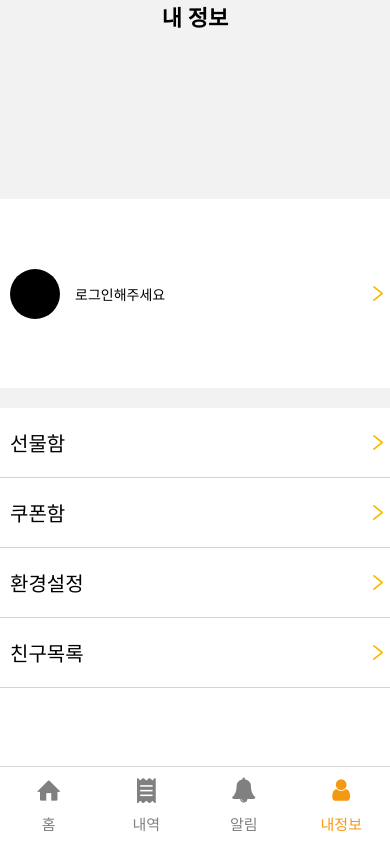
Repository: Unique0902/GachiDutch
Screen: /User
The author's editor kept a copy of each file at every save. The screen is drawn from the files as they stood at one save, then again after the next save.
The app was drawn by React Native's web renderer in a window 390 px wide. The project was rebuilt for these pictures with package versions that can differ from the ones it lists, and the page was loaded fresh each time. Some packages were replaced by stand-ins written for this rebuild. Also part of the build but not shown: sources/components/lowBar/lowBar.jsx, sources/components/taxi/taxi.jsx, sources/components/alarm/alert.js, sources/components/alarm/alarm.jsx, sources/components/dutch_history/dutch_history.jsx, sources/components/dutchpay_historys/dutchpay_historys.jsx, sources/components/delivery_historys/delivery_historys.jsx, sources/components/taxi_historys/taxi_historys.jsx and 3 more.

Above is the screen before, as saved 2022-11-11 17:04:21.

### App.js
import React from 'react';
import { StyleSheet, Text, View, Image } from 'react-native';
import Home from './sources/components/home/home';
import { NavigationContainer } from '@react-navigation/native';
import { createNativeStackNavigator } from '@react-navigation/native-stack';
import Taxi from './sources/components/taxi/taxi';
import Main from './sources/routes/main/main';
import Login from './sources/routes/login/login';
import HttpClient from './sources/network/http.js';
import ReceiptService from './sources/services/receipt.js';
import Ready from './sources/components/ready/ready';

const Stack = createNativeStackNavigator();
const baseURL = 'https://dutch-server.herokuapp.com';
const httpClient = new HttpClient(baseURL);
const receiptService = new ReceiptService(baseURL);

export default function App() {
  return (
    <>
      <NavigationContainer>
        <Stack.Navigator screenOptions={{ headerShown: false }}>
          <Stack.Screen
            name='Main'
            children={({ navigation, route }) => (
              <Main
                receiptService={receiptService}
                navigation={navigation}
                route={route}
              />
            )}
          />
          <Stack.Screen name='Taxi' component={Taxi} />
          <Stack.Screen name='Login' component={Login} />
          <Stack.Screen name='Ready' component={Ready} />
        </Stack.Navigator>
      </NavigationContainer>
    </>
  );
}

const styles = StyleSheet.create({
  header: {
    flexDirection: 'row',
    alignItems: 'center',
    justifyContent: 'space-between',
    margin: 25,
  },
  main: {},
  container: {
    flex: 1,
    backgroundColor: '#fff',
    alignItems: 'center',
    justifyContent: 'center',
  },
  logo: {
    width: 150,
    height: 30,
  },
});

### sources/components/home/home.jsx
import React, { useRef, useState, useEffect } from 'react';
import {
  StyleSheet,
  Text,
  View,
  Image,
  Button,
  Pressable,
  ScrollView,
  Dimensions,
} from 'react-native';
import { Entypo } from '@expo/vector-icons';
import { FontAwesome } from '@expo/vector-icons';
import { FontAwesome5 } from '@expo/vector-icons';
import LowBar from '../lowBar/lowBar';
import { isLogin, getUid } from '../../services/asyncstorage';
import { StatusBar } from 'react-native';

const Home = ({ login, setLogin, navigation, setUserData, userData }) => {
  const [scrollNum, setScrollNum] = useState(1);
  const windowWidth = Dimensions.get('window').width;
  const statusBarHeight = StatusBar.currentHeight;
  const headerStyle = {
    marginTop: statusBarHeight,
  };
  let advertisementWidth = windowWidth - 40;
  const scrollWidth = parseInt(advertisementWidth);
  let scrollLeft = 0;

  const advertisementStyle = () => {
    return {
      width: advertisementWidth,
    };
  };
  const pageCircleStyle = (num) => {
    if (scrollNum === num) {
      return {
        color: '#FB9700',
      };
    } else {
      return {
        color: '#FFFDD1',
      };
    }
  };
  const scrollRef = useRef();
  return (
    <View style={[styles.home, headerStyle]}>
      <View style={styles.top}>
        <View style={styles.header}>
          <Image
            source={require('../../images/dutch_logo.png')}
            style={styles.logo}
          />
          <Pressable
            onPress={() => {
              navigation.navigate('Ready');
            }}
          >
            <Entypo name='menu' size={35} color='black' />
          </Pressable>
        </View>
        <View style={styles.mainTop}>
          {login ? (
            <View style={styles.onLogin}>
              <Text style={styles.onLoginText}>
                {userData && userData.name}님 반가워요!
              </Text>
            </View>
          ) : (
            <View style={styles.login}>
              <View style={styles.loginTop}>
                <Pressable
                  style={styles.loginBtn}
                  onPress={() =>
                    navigation.navigate('Login', { setLogin, setUserData })
                  }
                >
                  <Text style={[styles.loginText, styles.loginBtnText]}>
                    로그인
                  </Text>
                </Pressable>
                <Text style={styles.loginText}>하시고</Text>
              </View>
              <Text style={styles.loginText}>다양한 혜택을 만나 보세요!</Text>
            </View>
          )}
          <View style={styles.advertisementBox}>
            <ScrollView
              horizontal
              pagingEnabled
              contentContainerStyle={styles.advertisementScroll}
              ref={scrollRef}
              onScroll={(e) => {
                scrollLeft = parseInt(e.nativeEvent.contentOffset.x);
                if (scrollLeft % scrollWidth < 10) {
                  setScrollNum(parseInt(scrollLeft / scrollWidth + 1));
                }
              }}
              scrollEventThrottle={100}
              showsHorizontalScrollIndicator={false}
            >
              <Pressable
                style={[styles.advertisement, advertisementStyle()]}
                onPress={() => {
                  navigation.navigate('Ready');
                }}
              >
                <Image
                  source={require('../../images/advertisement_img.png')}
                  style={styles.advertisementImg}
                />
                <Text style={styles.advertisementText}>
                  같이 더치로{'\n'}편리하게 이용하세요
                </Text>
              </Pressable>
              <Pressable
                style={[styles.advertisement, advertisementStyle()]}
                onPress={() => {
                  navigation.navigate('Ready');
                }}
              >
                <Image
                  source={require('../../images/advertisement_img.png')}
                  style={styles.advertisementImg}
                />
                <Text style={styles.advertisementText}>
                  같이 더치로{'\n'}편리하게 이용하세요
                </Text>
              </Pressable>
              <Pressable
                style={[styles.advertisement, advertisementStyle()]}
                onPress={() => {
                  navigation.navigate('Ready');
                }}
              >
                <Image
                  source={require('../../images/advertisement_img.png')}
                  style={styles.advertisementImg}
                />
                <Text style={styles.advertisementText}>
                  같이 더치로{'\n'}편리하게 이용하세요
                </Text>
              </Pressable>
              <Pressable
                style={[styles.advertisement, advertisementStyle()]}
                onPress={() => {
                  navigation.navigate('Ready');
                }}
              >
                <Image
                  source={require('../../images/advertisement_img.png')}
                  style={styles.advertisementImg}
                />
                <Text style={styles.advertisementText}>
                  같이 더치로{'\n'}편리하게 이용하세요
                </Text>
              </Pressable>
            </ScrollView>
            <View style={styles.pageCircles}>
              <FontAwesome
                style={[styles.pageCircle, pageCircleStyle(1)]}
                name='circle'
                size={10}
                color='white'
              />
              <FontAwesome
                style={[styles.pageCircle, pageCircleStyle(2)]}
                name='circle'
                size={10}
                color='white'
              />
              <FontAwesome
                style={[styles.pageCircle, pageCircleStyle(3)]}
                name='circle'
                size={10}
                color='white'
              />
              <FontAwesome
                style={[styles.pageCircle, pageCircleStyle(4)]}
                name='circle'
                size={10}
                color='white'
              />
            </View>
          </View>
        </View>
      </View>
      <Pressable
        style={styles.event}
        onPress={() => {
          navigation.navigate('Ready');
        }}
      >
        <View>
          <Text style={[styles.eventText, { fontSize: 20 }]}>
            이벤트 {'   '}|
          </Text>
        </View>
        <Text style={[styles.eventText, { fontSize: 15, marginLeft: 20 }]}>
          같이더치 월 결제로 10% 할인받자!
        </Text>
        <Text style={[styles.eventText, { fontSize: 20, marginLeft: 20 }]}>
          {'>'}
        </Text>
      </Pressable>

      <View style={styles.mainBottom}>
        <View style={styles.categories}>
          <View style={styles.topBtns}>
            <View style={styles.btnShadow}>
              <Pressable
                style={styles.goodsBtn}
                onPress={() => {
                  if (login) {
                    navigation.navigate('Taxi', { userData });
                  } else {
                    navigation.navigate('Login', { setLogin, setUserData });
                  }
                }}
              >
                <Image
                  source={require('../../images/taxi_img.png')}
                  style={styles.taxiImg}
                />
                <Text style={[styles.goodText, { marginTop: 20 }]}>택시</Text>
              </Pressable>
            </View>
            <View style={styles.btnShadow}>
              <Pressable
                style={styles.goodsBtn}
                onPress={() => {
                  navigation.navigate('Ready');
                }}
              >
                <Image
                  source={require('../../images/delivery_img.png')}
                  style={styles.taxiImg}
                />
                <Text style={[styles.goodText, { marginTop: 20 }]}>배달</Text>
              </Pressable>
            </View>
          </View>
          <View style={styles.downBtns}>
            <View style={styles.btnShadow}>
              <Pressable
                style={styles.downGoodsBtn}
                onPress={() => {
                  navigation.navigate('Ready');
                }}
              >
                <Image
                  source={require('../../images/taxi_human_img.png')}
                  style={styles.peopleImg}
                />
                <Text
                  style={[styles.goodText, { marginRight: 20, marginLeft: 20 }]}
                >
                  지인끼리
                </Text>
                <Image
                  source={require('../../images/location_img.png')}
                  style={styles.peopleImg}
                />
              </Pressable>
            </View>
          </View>
        </View>
      </View>
    </View>
  );
};

export default Home;

const styles = StyleSheet.create({
  home: {
    flex: 1,
    flexDirection: 'column',
  },
  loginText: {
    paddingVertical: 5,
  },
  header: {
    flexDirection: 'row',
    alignItems: 'center',
    justifyContent: 'space-between',
    margin: 0,
    flex: 1,
  },
  mainTop: {
    flex: 6,
  },
  top: {
    flex: 6,
    padding: 20,
  },
  loginBtn: {},
  login: {
    flex: 2,
    marginTop: 15,
  },
  onLogin: {
    flex: 2,
    marginTop: 15,
  },
  onLoginText: {
    marginTop: 10,
    fontSize: 25,
    fontWeight: '600',
    color: '#444444',
  },
  loginTop: {
    flexDirection: 'row',
    alignItems: 'center',
  },
  loginText: {
    fontSize: 18,
    color: '#444444',
  },
  loginBtnText: {
    color: '#F39910',
    textDecorationLine: 'underline',
    textDecorationStyle: 'solid',
    textDecorationColor: '#000',
  },
  mainBottom: {
    flex: 6,
    padding: 15,
  },
  advertisementScroll: {
    borderRadius: 15,
    position: 'relative',
  },
  advertisementBox: {
    flex: 4,
  },
  advertisement: {
    backgroundColor: '#FBBA00',
    borderRadius: 15,
    position: 'relative',
  },
  advertisementText: {
    color: 'white',
    fontSize: 20,
    fontWeight: '800',
    marginLeft: 30,
    marginTop: 25,
  },
  advertisementImg: {
    width: '100%',
    height: '87%',
    position: 'absolute',
    borderRadius: 20,
    bottom: 0,
  },
  pageCircles: {
    flexDirection: 'row',
    position: 'absolute',
    alignItems: 'center',
    bottom: 4,
    left: 140,
  },
  pageCircle: {
    marginLeft: 3,
    marginRight: 3,
  },
  event: {
    flex: 1,
    backgroundColor: '#3C4451',
    flexDirection: 'row',
    justifyContent: 'center',
    alignItems: 'center',
  },
  categories: {
    flex: 1,
  },
  topBtns: {
    flexDirection: 'row',
    flex: 3,
  },
  downBtns: {
    flex: 2,
  },
  goodsBtn: {
    borderRadius: 20,
    backgroundColor: 'white',
    width: '100%',
    height: '100%',
    alignItems: 'center',
    justifyContent: 'center',
  },
  downGoodsBtn: {
    borderRadius: 20,
    backgroundColor: 'white',
    width: '100%',
    height: '100%',
    flexDirection: 'row',
    justifyContent: 'center',
    alignItems: 'center',
  },
  goodText: {
    fontSize: 20,
    fontWeight: '600',
  },
  btnShadow: {
    flex: 1,
    shadowOffset: {
      width: 0,
      height: 1,
    },
    shadowOpacity: 0.18,
    borderRadius: 20,
    shadowRadius: 1.0,
    elevation: 1,
    margin: 5,
  },
  eventText: {
    color: 'white',
  },
  taxiImg: {
    width: 90,
    height: 90,
  },
  peopleImg: {
    width: 60,
    height: 67,
  },
  logo: {
    width: 150,
    height: 30,
  },
});

### sources/routes/main/main.jsx
import React, { useEffect, useRef, useState } from 'react';
import { View, Button, Text } from 'react-native';
import Home from '../../components/home/home';
import LowBar from '../../components/lowBar/lowBar';
import User from '../../components/user/user';
import Alarm from '../../components/alarm/alarm';
import Receipt from '../../components/receipt/receipt';
import { createBottomTabNavigator } from '@react-navigation/bottom-tabs';
import { Entypo } from '@expo/vector-icons';
import { FontAwesome } from '@expo/vector-icons';
import { FontAwesome5 } from '@expo/vector-icons';
import { isLogin, matchUserData } from '../../services/asyncstorage';

const Tab = createBottomTabNavigator();

const Main = ({ receiptService, navigation, route }) => {
  const [login, setLogin] = useState(false);
  const [userData, setUserData] = useState(null);
  useEffect(() => {
    isLogin().then((result) => {
      if (result) {
        setLogin(true);
        console.log('로그인 되어있음!');
        matchUserData(setUserData);
      } else {
        setLogin(false);
        console.log('로그인 안되어있음!');
      }
    });
  }, [login]);
  return (
    <>
      <View style={{ flex: 14 }}>
        <Tab.Navigator
          screenOptions={({ route }) => ({
            tabBarIcon: ({ color, size }) => {
              if (route.name === 'Home') {
                return <Entypo name='home' size={size} color={color} />;
              } else if (route.name === 'Receipt') {
                return (
                  <FontAwesome5 name='receipt' size={size} color={color} />
                );
              } else if (route.name === 'Alarm') {
                return <FontAwesome name='bell' size={size} color={color} />;
              } else if (route.name === 'User') {
                return <FontAwesome name='user' size={size} color={color} />;
              }
            },
            tabBarStyle: { flex: 0.1 },
            tabBarLabelStyle: {
              fontSize: 15,
              marginBottom: 10,
              fontWeight: '500',
            },
            tabBarActiveTintColor: '#F49A11',
            tabBarInactiveTintColor: 'gray',
            headerShown: false,
          })}
        >
          <Tab.Screen
            name='Home'
            options={({ route, navigation }) => {
              return { tabBarLabel: '홈' };
            }}
            children={({ navigation }) => (
              <Home
                login={login}
                setLogin={setLogin}
                navigation={navigation}
                setUserData={setUserData}
                userData={userData}
              />
            )}
          />
          <Tab.Screen
            name='Receipt'
            options={({ route, navigation }) => {
              return { tabBarLabel: '내역' };
            }}
            children={({ navigation, route }) => (
              <Receipt
                login={login}
                navigation={navigation}
                receiptService={receiptService}
                userData={userData}
                route={route}
              />
            )}
          />
          <Tab.Screen
            options={({ route, navigation }) => {
              return { tabBarLabel: '알림' };
            }}
            name='Alarm'
            children={({ navigation }) => (
              <Alarm login={login} navigation={navigation} />
            )}
          />
          <Tab.Screen
            options={({ route, navigation }) => {
              return { tabBarLabel: '내정보' };
            }}
            name='User'
            children={({ navigation }) => (
              <User
                login={login}
                setLogin={setLogin}
                navigation={navigation}
                setUserData={setUserData}
                userData={userData}
              />
            )}
          />
        </Tab.Navigator>
      </View>
    </>
  );
};

export default Main;

### sources/network/http.js
export default class HttpClient {
  constructor(baseURL) {
    this.baseURL = baseURL;
  }

  async fetch(url, options) {
    const res = await fetch(`${this.baseURL}${url}`, {
      ...options,
      headers: {
        'Content-Type': 'application/json',
        ...options.headers,
      },
    });
    let data;
    try {
      data = await res.json();
    } catch (error) {
      console.error(error);
    }

    if (res.status > 299 || res.status < 200) {
      const message =
        data && data.message ? data.message : 'Something went wrong! 🤪';
      const error = new Error(message);
      throw error;
    }
    return data;
  }
}

### sources/services/receipt.js
export default class ReceiptService {
  constructor(http) {
    this.http = http;
  }

  getTexiHistorys = async (userId) => {
    return await fetch(`${this.http}/receipt/all/${userId}`, {
      method: 'GET',
    });
  };
}

### sources/services/asyncstorage.js
import AsyncStorage from '@react-native-async-storage/async-storage';

export const isLogin = async () => {
  try {
    const loginDatas = await AsyncStorage.getItem('loginDatas');
    console.log(loginDatas);
    if (loginDatas) {
      return true;
    } else {
      return false;
    }
  } catch (e) {
    console.error(e);
  }
};

export const logout = async () => {
  try {
    await AsyncStorage.removeItem('loginDatas');
  } catch (error) {
    console.error(error);
  }
};

export const getRefreshToken = async () => {
  try {
    const loginDatas = await AsyncStorage.getItem('loginDatas');
    if (loginDatas) {
      return JSON.parse(loginDatas).refreshToken;
    }
  } catch (e) {
    console.error(e);
  }
};

export const getUid = async () => {
  try {
    const loginDatas = await AsyncStorage.getItem('loginDatas');
    if (loginDatas) {
      return JSON.parse(loginDatas).uid;
    }
  } catch (e) {
    console.error(e);
  }
};

export const matchUserData = async (setUserData) => {
  try {
    const loginDatas = await AsyncStorage.getItem('loginDatas');
    if (loginDatas) {
      return setUserData(JSON.parse(loginDatas));
    }
  } catch (e) {
    console.error(e);
  }
};

### sources/components/user/user.jsx
import React, { useEffect, useRef, useState } from 'react';
import { StatusBar } from 'react-native';
import {
  StyleSheet,
  Text,
  View,
  Pressable,
  ScrollView,
  Image,
} from 'react-native';
import { AntDesign } from '@expo/vector-icons';
import { isLogin, logout } from '../../services/asyncstorage';

export default function User({
  login,
  setLogin,
  navigation,
  setUserData,
  userData,
}) {
  const statusBarHeight = StatusBar.currentHeight;
  const headerStyle = {
    marginTop: statusBarHeight,
  };
  const onProfilePress = () => {
    console.log('profile pressed');
  };
  const onProfileInfoPress = () => {
    if (login) {
    } else {
      navigation.navigate('Login', { setLogin: setLogin });
    }
  };
  useEffect(() => {
    console.log(login);
  }, []);
  return (
    <View style={styles.container}>
      <View style={[styles.header, headerStyle]}>
        <Text style={styles.headerText}>내 정보</Text>
      </View>
      <Pressable style={styles.profileBtn}>
        <Pressable onPress={onProfilePress}>
          <Image style={styles.profileImage} />
        </Pressable>
        <View style={styles.profileName}>
          {login ? (
            <>
              <Text style={styles.nameText}>{userData && userData.name}</Text>
            </>
          ) : (
            <>
              <Text>로그인해주세요</Text>
            </>
          )}
        </View>
        <AntDesign style={styles.enter} name='right' size={20} />
      </Pressable>
      <View style={styles.menus}>
        <Pressable style={styles.enterMenu}>
          <Text style={styles.menuText}>선물함</Text>
          <AntDesign style={styles.enter} name='right' size={20} />
        </Pressable>
        <Pressable style={styles.enterMenu}>
          <Text style={styles.menuText}>쿠폰함</Text>
          <AntDesign style={styles.enter} name='right' size={20} />
        </Pressable>
        <Pressable style={styles.enterMenu}>
          <Text style={styles.menuText}>환경설정</Text>
          <AntDesign style={styles.enter} name='right' size={20} />
        </Pressable>
        <Pressable style={styles.enterMenu}>
          <Text style={styles.menuText}>친구목록</Text>
          <AntDesign style={styles.enter} name='right' size={20} />
        </Pressable>
        {/* {login && (
          <Pressable style={styles.logoutBtn}>
            <Text
              style={styles.logoutText}
              onPress={() => {
                logout().then(() => {
                  setLogin(false);
                  console.log('로그아웃됨!');
                  setUserData(null);
                  navigation.navigate('Main', { screen: 'Home' });
                });
              }}
            >
              로그아웃
            </Text>
          </Pressable>
        )} */}
      </View>
    </View>
    //내정보
  );
}

const styles = StyleSheet.create({
  container: {
    flex: 1,
  },
  header: {
    flex: 1,
  },
  headerText: {
    fontSize: 22,
    fontWeight: '600',
    alignSelf: 'center',
  },
  enterMenu: {
    justifyContent: 'space-between',
    alignItems: 'center',
    flexDirection: 'row',
    padding: 20,
    paddingHorizontal: 10,
    borderBottomColor: 'lightgray',
    borderBottomWidth: 1,
    borderStyle: 'solid',
  },
  menus: {
    flex: 2,
    backgroundColor: 'white',
    marginTop: 20,
  },
  menuText: {
    fontSize: 20,
    fontWeight: '500',
  },
  nameText: {
    fontSize: 20,
    fontWeight: '600',
  },
  profileImage: {
    width: 50,
    height: 50,
    borderRadius: 100,
    backgroundColor: 'black',
  },
  infoArea: {
    flexDirection: 'column',
  },
  infoText: {
    fontSize: 24,
    fontWeight: '500',
  },
  profileBtn: {
    flex: 1,
    marginTop: 20,
    padding: 5,
    paddingHorizontal: 10,
    flexDirection: 'row',
    alignItems: 'center',
    backgroundColor: 'white',
  },
  logoutText: {
    fontSize: 20,
    fontWeight: '500',
    color: 'red',
  },
  profileName: {
    marginLeft: 15,
  },
  enter: {
    position: 'absolute',
    right: 2,
    color: '#FBBA00',
  },
});

Loaded but not shown: index.js (common file)

After the next save:
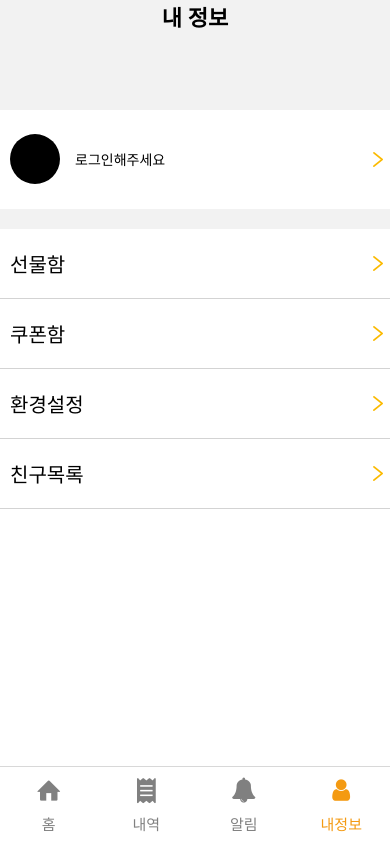
Saved 12 s later.
--- a/sources/components/user/user.jsx
+++ b/sources/components/user/user.jsx
@@ -119,7 +119,7 @@ const styles = StyleSheet.create({
     borderStyle: 'solid',
   },
   menus: {
-    flex: 2,
+    flex: 6,
     backgroundColor: 'white',
     marginTop: 20,
   },
